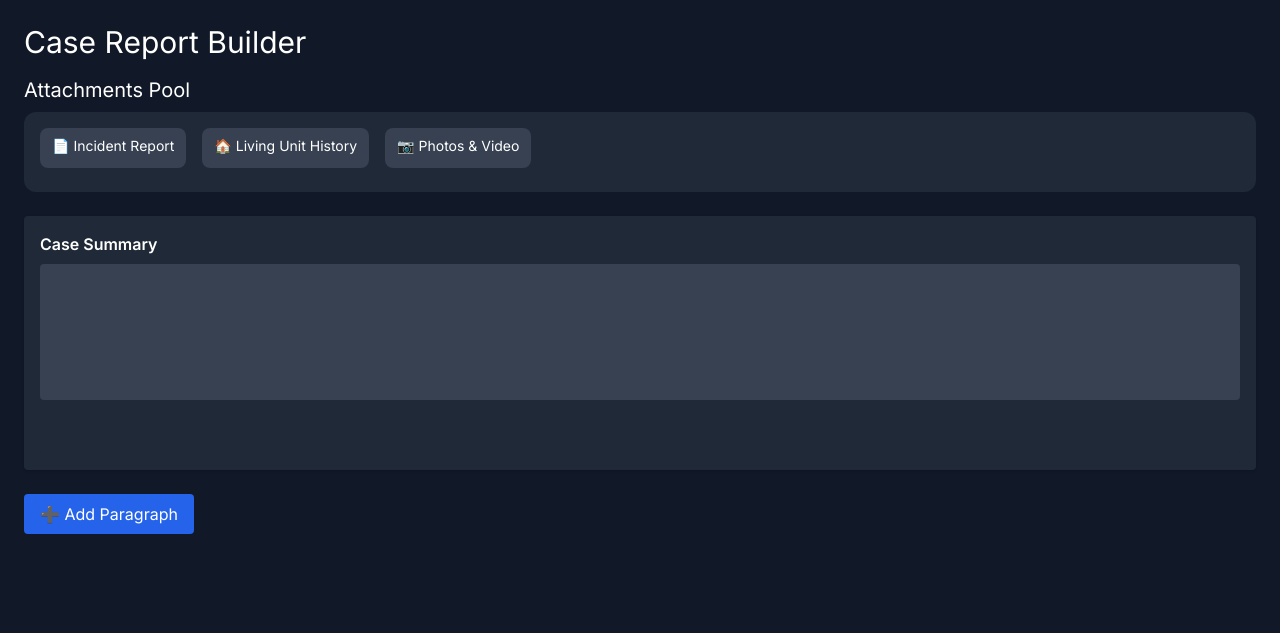
Repository: GettinLudes/CaseBuilder
Page: /
These files come from the project's save history. The page is drawn as it stood at one moment and after the next save; the edit follows.
The browser window is 1280 px wide. The pictures show the whole page.
The project was rebuilt for these pictures with package versions that can differ from the ones it lists, and the page was loaded fresh each time. Also part of the build but not shown: svelte.config.js, vite.config.js.

Above is the page before, as saved 2025-04-11 12:21:20.

After the next save:
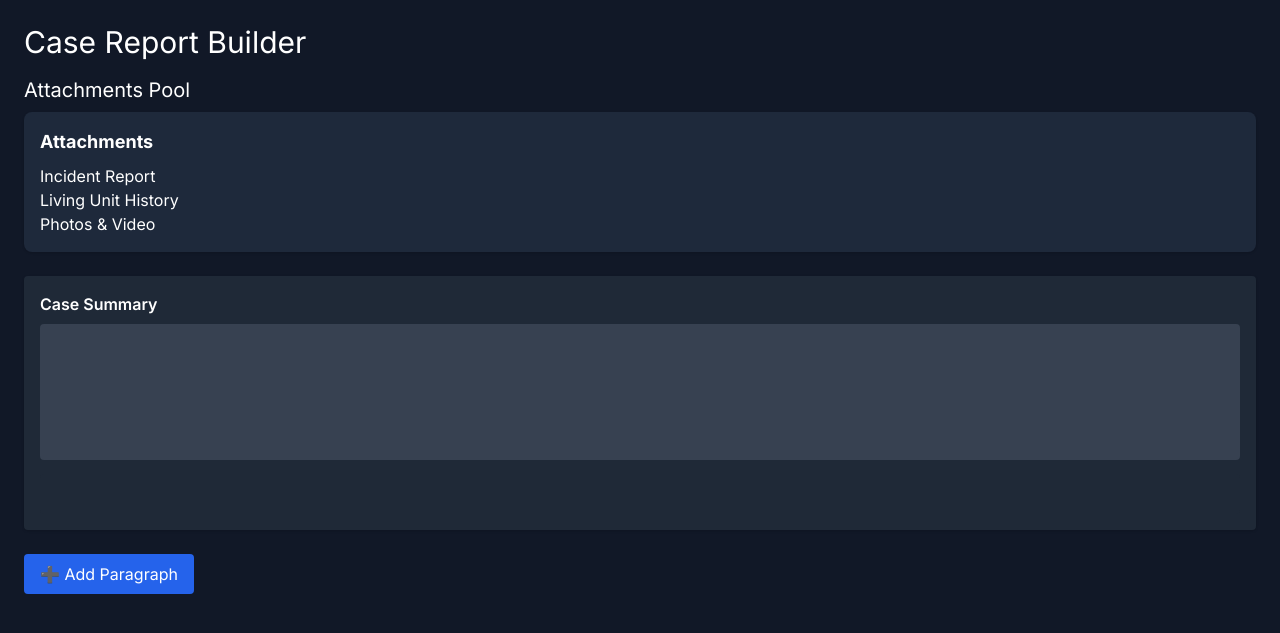
Console error (its wording comes from the project's code and is left out).
Saved 62 s later.
--- a/src/components/AttachmentPool.svelte
+++ b/src/components/AttachmentPool.svelte
@@ -2,13 +2,11 @@
 	export let attachments = [];
   </script>
 
-  <div id="attachments" class="flex gap-4 flex-wrap bg-gray-800 p-4 rounded-xl min-h-[80px]">
-	{#each attachments as a (a.id)}
-	  <div
-		class="draggable cursor-move px-3 py-2 bg-gray-700 rounded-lg text-sm mb-2"
-		data-attachment-id={a.id}
-		title={a.name}>
-		{a.icon} {a.name}
-	  </div>
-	{/each}
+  <div class="p-4 bg-accent rounded-lg shadow">
+	<h2 class="text-lg font-bold mb-2">Attachments</h2>
+	<ul>
+	  {#each attachments as item}
+		<li>{item.name}</li>
+	  {/each}
+	</ul>
   </div>
